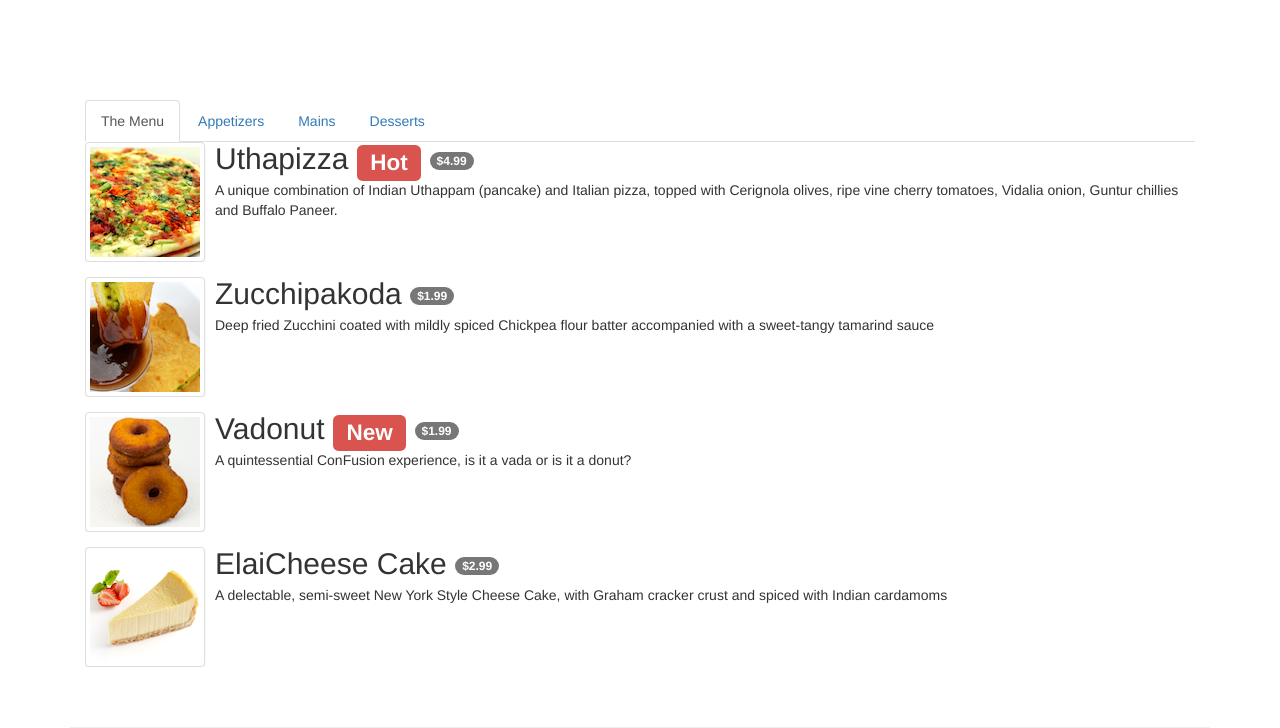
Repository: JuliusMischok/angularjs
Page: conFusion/app/menu.html
An editor plug-in stored every save of this project. The page is shown before and after the next save, followed by the edit.
The browser window is 1280 px wide. The pictures show the whole page.

Above is the page before, as saved 2016-03-30 21:02:51.

### conFusion/app/menu.html
<!DOCTYPE html>
<html lang="en" ng-app="confusionApp">

<head>
	<meta charset="utf-8">
	<meta http-equiv="X-UA-Compatible" content="IE=edge">
	<meta name="viewport" content="width=device-width, initial-scale=1">
	<!-- The above 3 meta tags *must* come first in the head; any other head content must come *after* these tags -->
	<title>Ristorante Con Fusion: Menu</title>

	<!-- Bootstrap -->
	<!-- build:css styles/main.css -->
		<link href="../bower_components/bootstrap/dist/css/bootstrap.min.css" rel="stylesheet">
		<link href="../bower_components/bootstrap/dist/css/bootstrap-theme.min.css" rel="stylesheet">
		<link href="../bower_components/font-awesome/css/font-awesome.min.css" rel="stylesheet">
		<link href="styles/bootstrap-social.css" rel="stylesheet">
		<link href="styles/mystyles.css" rel="stylesheet">
	<!-- endbuild -->

	<!-- HTML5 shim and Respond.js for IE8 support of HTML5 elements and media queries -->
	<!-- WARNING: Respond.js doesn't work if you view the page via file:// -->
	<!--[if lt IE 9]>
	  <script src="https://oss.maxcdn.com/html5shiv/3.7.2/html5shiv.min.js"></script>
	  <script src="https://oss.maxcdn.com/respond/1.4.2/respond.min.js"></script>
	<![endif]-->
</head>

<body>
	<div class="container">
		<div class="row row-content" ng-controller="menuController as menuCtrl">
			<div class="col-xs-12">
				<div class="media-list tab-pane fade in active">
					<ul class="nav nav-tabs" role="tablist">
						<li role="presentation" ng-class="{active:menuCtrl.isSelected(1)}">
							<a aria-controls="all menu" ng-click="menuCtrl.select(1)" role="tab"> The Menu</a>
						</li>
						<li role="presentation" ng-class="{active:menuCtrl.isSelected(2)}">
							<a aria-controls="appetizers" ng-click="menuCtrl.select(2)" role="tab">Appetizers</a>
						</li>
						<li role="presentation" ng-class="{active:menuCtrl.isSelected(3)}">
							<a aria-controls="mains" ng-click="menuCtrl.select(3)" role="tab">Mains</a>
						</li>
						<li role="presentation" ng-class="{active:menuCtrl.isSelected(4)}">
							<a aria-controls="desserts" ng-click="menuCtrl.select(4)" role="tab">Desserts</a>
						</li>
					</ul>

					<ul class="media-list">
						<li class="media" ng-repeat="dish in menuCtrl.dishes | filter:menuCtrl.filtText">
							<div class="media-left media-middle">
								<a href="#">
									<img class="media-object img-thumbnail" ng-src={{dish.image}} alt="Uthappizza">
								</a>
							</div>
							<div class="media-body">
								<h2 class="media-heading">
									{{dish.name}} <span class="label label-danger">{{dish.label}}</span>
									<span class="badge">{{dish.price | currency}}</span>
								</h2>
								<p>{{dish.description}}</p>
							</div>
						</li>
					</ul>
				</div>
			</div>
		</div>
	</div>

	<!-- build:js scripts/main.js -->
		<script src="../bower_components/angular/angular.min.js"></script>
		<script src="scripts/app.js"></script>
	<!-- endbuild -->
</body>

</html>

### conFusion/app/styles/mystyles.css
.row-header {
  margin: 0px auto;
  padding: 0px 0px;
}
.row-content {
  margin: 0px auto;
  padding: 50px 0px;
  border-bottom: 1px ridge;
  min-height: 400px;
}
.row-footer {
  margin: 0px auto;
  padding: 20px 0px;
  background-color: #AfAfAf;
}
.jumbotron {
  margin: 0px auto;
  padding: 70px 30px;
  background: #7986CB;
  color: floralwhite;
}
.carousel {
  background: #1a237e;
}
.carousel .item {
  height: 300px;
}
.carousel .item img {
  left: 0;
  min-height: 300px;
  position: absolute;
  top: 0;
}
.navbar-inverse {
  background: #303f9f;
  color: #ffffff;
}
.navbar-inverse .navbar-nav > .active > a {
  background: #1a237e;
  color: #ffffff;
}
.navbar-inverse .navbar-nav > .active > a:hover {
  background: #1a237e;
  color: #ffffff;
}
.navbar-inverse .navbar-nav > .active > a:focus {
  background: #1a237e;
  color: #ffffff;
}
.navbar-inverse .navbar-nav > .open > a {
  background: #1a237e;
  color: #ffffff;
}
.navbar-inverse .navbar-nav > .open > a:hover {
  background: #1a237e;
  color: #ffffff;
}
.navbar-inverse .navbar-nav > .open > a:focus {
  background: #1a237e;
  color: #ffffff;
}
.navbar-inverse .navbar-nav .open .dropdown-menu > li > a {
  background-color: #303f9f;
  color: #eeeeee;
}
.navbar-inverse .navbar-nav .open .dropdown-menu > li > a:hover {
  color: #000000;
}
.navbar-inverse .navbar-nav .open .dropdown-menu {
  background-color: #303f9f;
  color: #eeeeee;
}
address {
  color: #0f0f0f;
  font-size: 80%;
  margin: 0px;
}
body {
  align: center;
  padding: 50px 0px 0px 0px;
  z-index: 0;
}
.tab-content {
  border-bottom: 1px solid #dddddd;
  border-left: 1px solid #dddddd;
  border-right: 1px solid #dddddd;
  padding: 10px;
}
.affix {
  top: 100px;
}
#carouselButtons {
  bottom: 0px;
  position: absolute;
  right: 0px;
}

### conFusion/app/scripts/app.js
'use strict';

var app = angular.module('confusionApp',[]);

app.controller('menuController', function() {
	var dishes=[
                {
                    name:'Uthapizza',
                    image: 'images/uthapizza.png',
                    category: 'mains',
                    label:'Hot',
                    price:'4.99',
                    description:'A unique combination of Indian Uthappam (pancake) and Italian pizza, topped with Cerignola olives, ripe vine cherry tomatoes, Vidalia onion, Guntur chillies and Buffalo Paneer.',
                    comment: ''
                 },
                 {
                    name:'Zucchipakoda',
                    image: 'images/zucchipakoda.png',
                    category: 'appetizer',
                    label:'',
                    price:'1.99',
                    description:'Deep fried Zucchini coated with mildly spiced Chickpea flour batter accompanied with a sweet-tangy tamarind sauce',
                    comment: ''
                 },
                 {
                    name:'Vadonut',
                    image: 'images/vadonut.png',
                    category: 'appetizer',
                    label:'New',
                    price:'1.99',
                    description:'A quintessential ConFusion experience, is it a vada or is it a donut?',
                    comment: ''
                 },
                 {
                    name:'ElaiCheese Cake',
                    image: 'images/elaicheesecake.png',
                    category: 'dessert',
                    label:'',
                    price:'2.99',
                    description:'A delectable, semi-sweet New York Style Cheese Cake, with Graham cracker crust and spiced with Indian cardamoms',
                    comment: ''
                 }
                 ];
	this.dishes = dishes;
	this.tab = 1;
	this.filtText = '';

	this.select = function(setTab) {
		this.tab = setTab;

		if (setTab === 2) {
			this.filtText = 'appetizer';
		} else if (setTab === 3) {
			this.filtText = 'mains';
		} else if (setTab === 4) {
			this.filtText = 'dessert';
		} else {
			this.filtText = '';
		}
	};

	this.isSelected = function(checkTab) {
		return this.tab === checkTab;
	};
});

Loaded but not shown: conFusion/bower_components/bootstrap/dist/css/bootstrap.min.css (library); conFusion/bower_components/bootstrap/dist/css/bootstrap-theme.min.css (library); conFusion/bower_components/font-awesome/css/font-awesome.min.css (library); conFusion/app/styles/bootstrap-social.css (library); conFusion/bower_components/angular/angular.min.js (library)

After the next save:
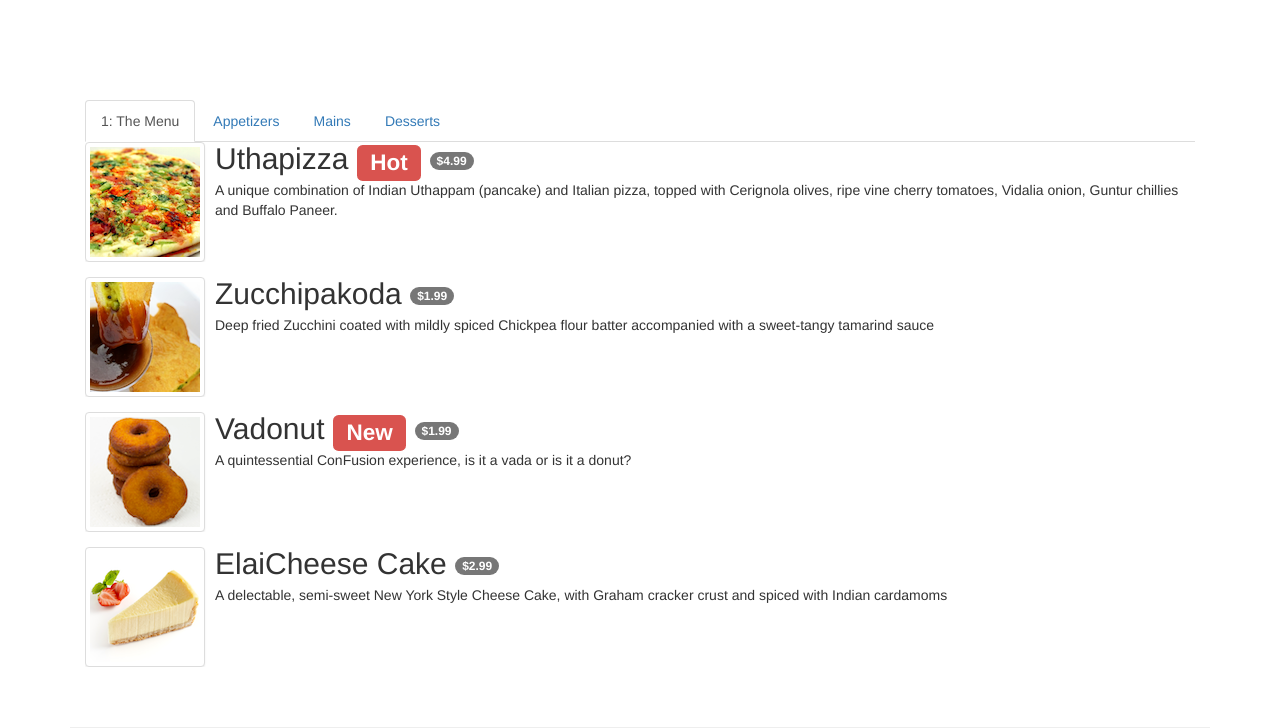
Saved 40 s later.
--- a/conFusion/app/menu.html
+++ b/conFusion/app/menu.html
@@ -32,7 +32,7 @@
 				<div class="media-list tab-pane fade in active">
 					<ul class="nav nav-tabs" role="tablist">
 						<li role="presentation" ng-class="{active:menuCtrl.isSelected(1)}">
-							<a aria-controls="all menu" ng-click="menuCtrl.select(1)" role="tab"> The Menu</a>
+							<a aria-controls="all menu" ng-click="menuCtrl.select(1)" role="tab">1: The Menu</a>
 						</li>
 						<li role="presentation" ng-class="{active:menuCtrl.isSelected(2)}">
 							<a aria-controls="appetizers" ng-click="menuCtrl.select(2)" role="tab">Appetizers</a>

After the save that followed:
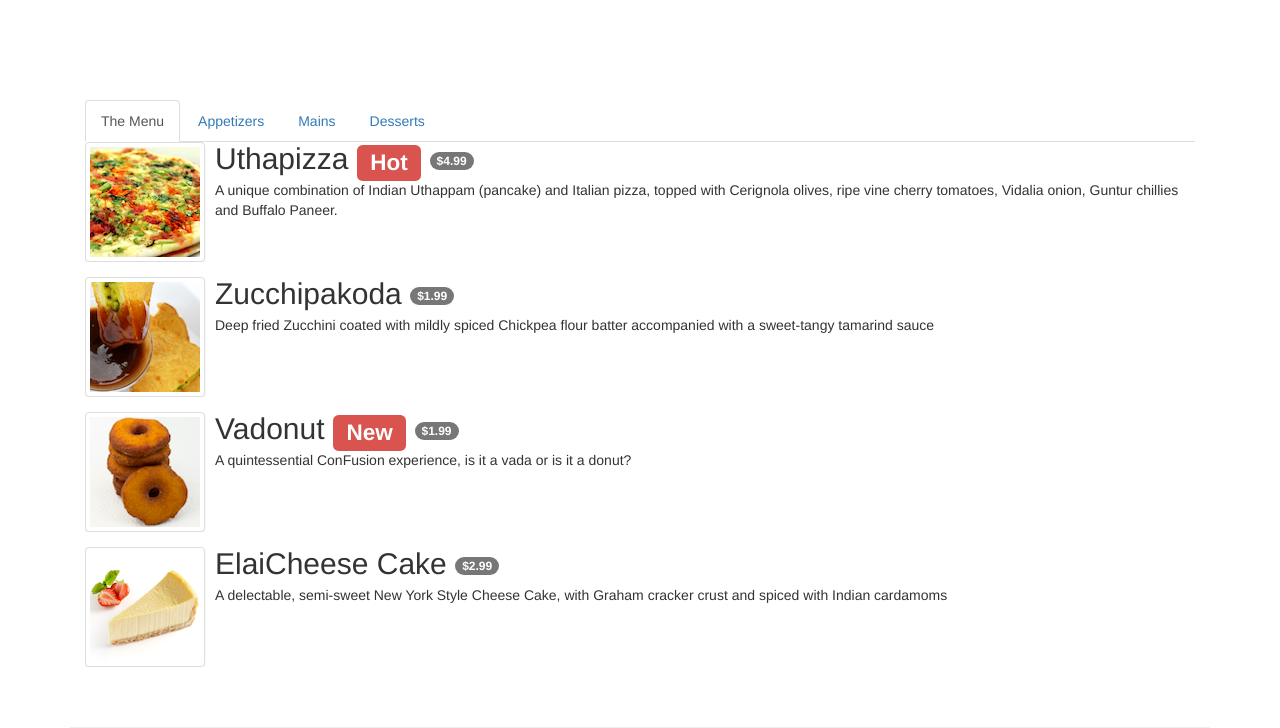
Saved 19 s later.
--- a/conFusion/app/menu.html
+++ b/conFusion/app/menu.html
@@ -32,7 +32,7 @@
 				<div class="media-list tab-pane fade in active">
 					<ul class="nav nav-tabs" role="tablist">
 						<li role="presentation" ng-class="{active:menuCtrl.isSelected(1)}">
-							<a aria-controls="all menu" ng-click="menuCtrl.select(1)" role="tab">1: The Menu</a>
+							<a aria-controls="all menu" ng-click="menuCtrl.select(1)" role="tab">The Menu</a>
 						</li>
 						<li role="presentation" ng-class="{active:menuCtrl.isSelected(2)}">
 							<a aria-controls="appetizers" ng-click="menuCtrl.select(2)" role="tab">Appetizers</a>
